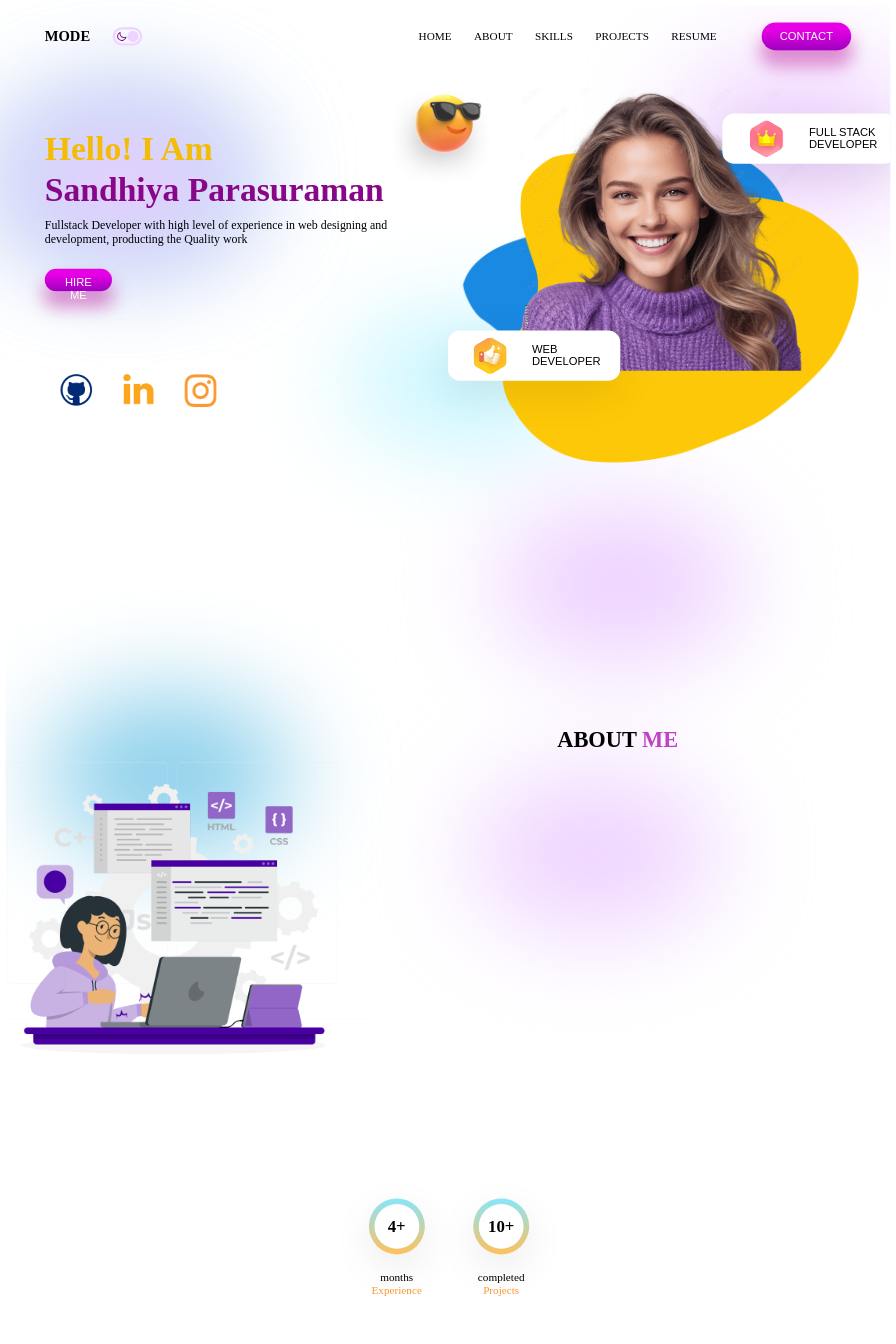
Repository: glorysandy/Protfolio
Page: /
These files come from the project's save history. The page is drawn as it stood at one moment and after the next save; the edit follows.
The browser window is 1280 px wide. The pictures show the part of the page from y = 0 to 1920 px (the page is 4881 px tall), at 70% of full size.
The project was rebuilt for these pictures with package versions that can differ from the ones it lists, and the page was loaded fresh each time. Imported but missing from the stored project, and not drawn on this page: src/components/Services/SANDHIYA.P (RESUME).pdf.

Above is the page before, as saved 2024-10-16 21:50:10.

After the next save:
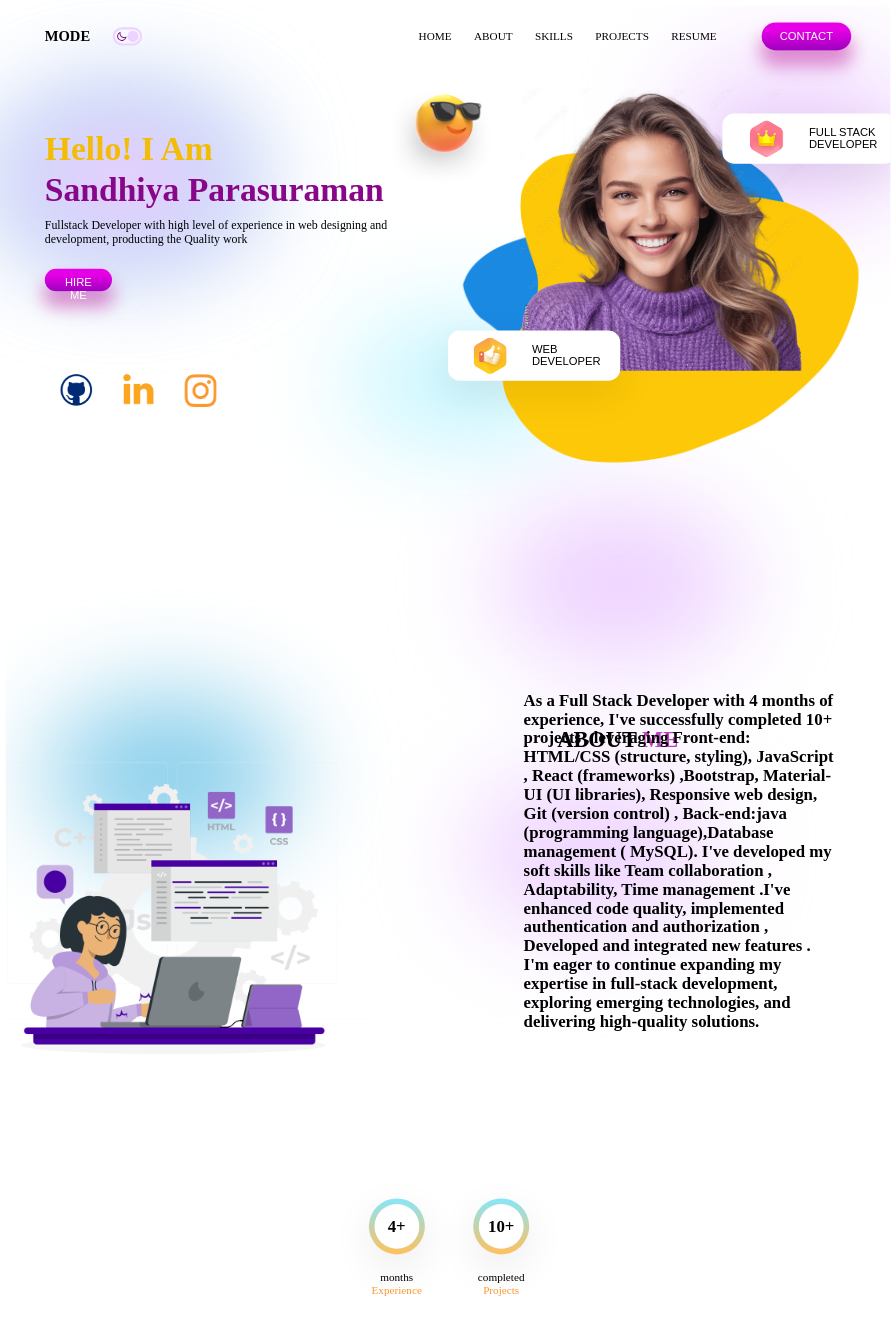
Saved 17 s later.
--- a/src/components/Testimonials/Testimonial.jsx
+++ b/src/components/Testimonials/Testimonial.jsx
@@ -17,7 +17,7 @@ const Testimonial = () => {
           src={back}
           alt=""
         />
-</div> <div className="t-sen" style={{fontSize:"1.5rem",fontWeight: "7rem",  position: "absolute", marginTop: "-900vh" ,marginLeft: "-48px",marginRight: "18px"
+</div> <div className="t-sen" style={{fontSize:"1.5rem",fontWeight: "7rem",  position: "absolute", marginTop: "-90vh" ,marginLeft: "-48px",marginRight: "18px"
 }}> <span>As a Full Stack Developer with 4 months of experience, I've   successfully completed 10+ projects , leveraging Front-end:  HTML/CSS (structure, styling), JavaScript , React (frameworks) ,Bootstrap, Material-UI (UI libraries), Responsive web design, Git (version control)
 , Back-end:java (programming language),Database management ( MySQL). I've developed my soft skills like Team collaboration , Adaptability, Time management .I've enhanced code quality, implemented authentication   and authorization
 ,  Developed and integrated new features
